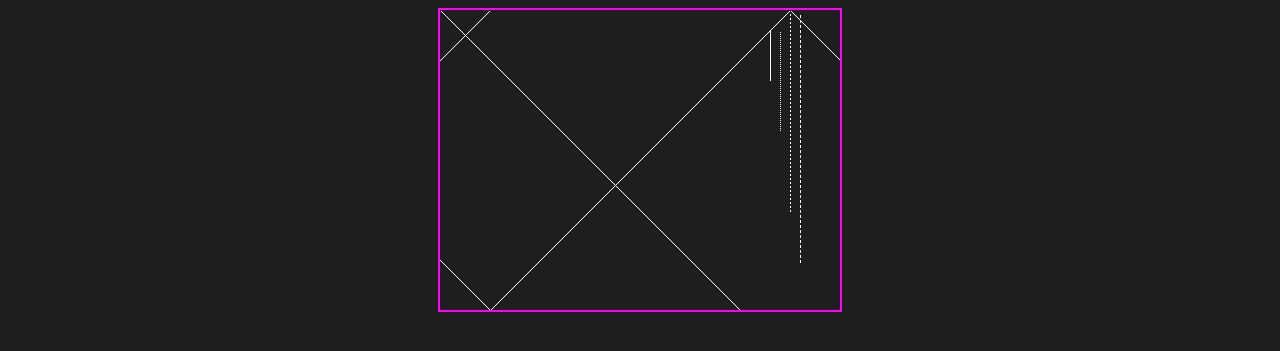
Repository: StarLightGX/miao
Page: paint.html
An editor plug-in stored every save of this project. The page is shown before and after the next save, followed by the edit.
The browser window is 1280 px wide. The pictures show the whole page.

Above is the page before, as saved 2020-11-12 20:07:48.

### paint.html
<!DOCTYPE html>
<html lang="en">
  <head>
    <meta charset="UTF-8" />
    <title>画图</title>
    <style>
      html {
        background-color: rgb(30, 30, 30);
      }
      canvas {
        border: 2px solid #f0f;
        display: block;
        margin: auto;
      }
    </style>
  </head>
  <body>
    <canvas width="400" height="300"></canvas>
  </body>
  <script>
    var canvas = document.querySelector("canvas");
    canvas.style.imageRendering = "pixelated";
    var ctx = canvas.getContext("2d");

    function dot(x, y, color = "white") {
      x = x | 0;
      y = y | 0;
      ctx.fillStyle = color;
      ctx.fillRect(x, y, 1, 1);
    }

    function line(x1, y1, x2, y2) {
      ctx.strokeStyle = "black";
      ctx.moveTo(x1, y1);
      ctx.lineTo(x2, y2);
      ctx.stroke();
    }
    /**
   * YOUR TASK
画图的题：
画一条实线
画一条一个实点一个空点的虚线
画一条两个实点两个空点的虚线
画一条三个实点两个空点的虚线
画一条45度的斜线
画一条30度的斜线（选做）
在四个角画分别画一条45度的斜线以让画面看起来像一个相框
画一条跨越画布左上角和右下角的对角线
画一个空心矩形
画一个实心矩形
画一个rgb色彩空间的某一面
画一个空心的圆
画一个实心的圆
画一个大小合适的sin(x)的图像
   */
  </script>
  <script>
    // YOUR CODE GOES BELOW
    var x = 1;
    var y = 1;
    var i = 0;

    // 画一条实线
    y = 20;
    for (i = 0; i < 50; i++) {
      y = y + 1;
      x = 330;
      dot(x, y);
    }

    // 画一条一个实点一个空点的虚线
    y = 20;
    for (i = 0; i < 50; i++) {
      y = y + 2;
      x = 340;
      dot(x, y);
    }

    // 画一条两个实点两个空点的虚线

    for (i = 0; i < 50; i++) {
      y = 4 * (i + 1);
      x = 350;
      dot(x, y);
    }

    for (i = 0; i < 50; i++) {
      y = 4 * (i + 1) + 1;
      x = 350;
      dot(x, y);
    }

    // 画一条三个实点两个空点的虚线

    for (i = 0; i < 50; i++) {
      y = 5 * (i + 1);
      x = 360;
      dot(x, y);
    }

    for (i = 0; i < 50; i++) {
      y = 5 * (i + 1) + 1;
      x = 360;
      dot(x, y);
    }

    for (i = 0; i < 50; i++) {
      y = 5 * (i + 1) + 2;
      x = 360;
      dot(x, y);
    }

    // 画一条45度的斜线
    y = 0;
    for (i = 0; i < 1050; i++) {
      y = y + 1;
      x = y;
      dot(x, y);
    }
    // 画一条30度的斜线（选做）
    y = 0;
    for (i = 0; i < 1050; i++) {
      y = y + 1;
      x = y;
      dot(x, y);
    }
    // 在四个角画分别画一条45度的斜线以让画面看起来像一个相框
    y = 0;
    for (i = 0; i < 1050; i++) {
      y = y + 1;
      x = y;
      dot(x - 250, y);
    }
    y = 0;
    for (i = 0; i < 1050; i++) {
      y = y + 1;
      x = y;
      dot(x + 350, y);
    }
    y = 0;
    for (i = 0; i < 1050; i++) {
      y = y + 1;
      x = -y;
      dot(x + 50, y);
    }
    y = 0;
    for (i = 0; i < 1050; i++) {
      y = y + 1;
      x = -y;
      dot(x + 350, y);
    }

    // 画一条跨越画布左上角和右下角的对角线
    // 画一个空心矩形
    // 画一个实心矩形
    // 画一个rgb色彩空间的某一面
    // 画一个空心的圆
    // 画一个实心的圆
    // 画一个大小合适的sin(x)的图像
  </script>
</html>

After the next save:
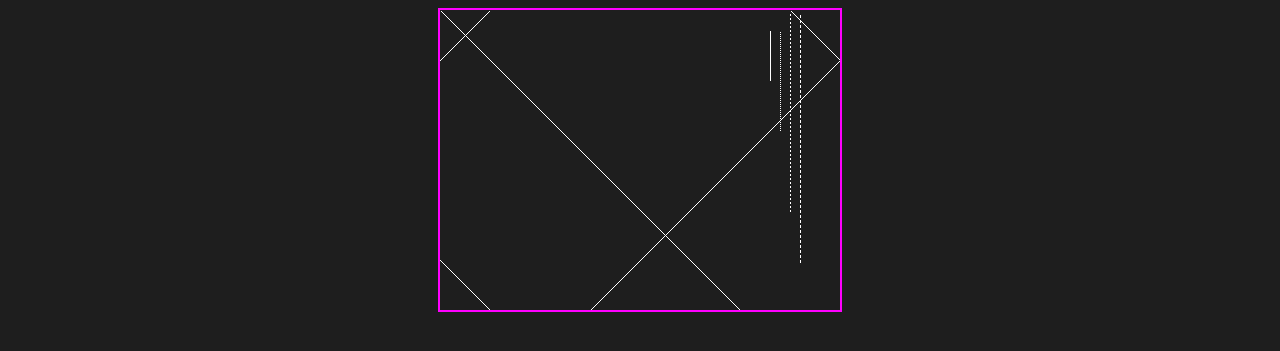
Saved 6 s later.
--- a/paint.html
+++ b/paint.html
@@ -147,7 +147,7 @@
     for (i = 0; i < 1050; i++) {
       y = y + 1;
       x = -y;
-      dot(x + 350, y);
+      dot(x + 450, y);
     }
 
     // 画一条跨越画布左上角和右下角的对角线
